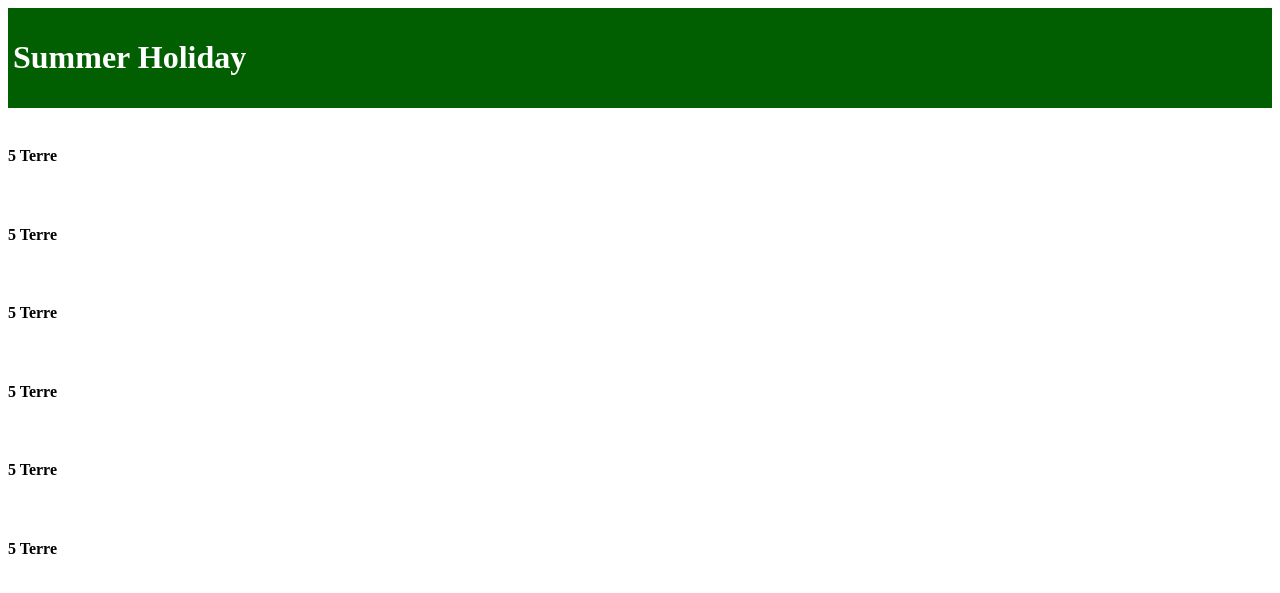
Repository: Lehuyhuynh/BT1-CSS
Page: index.html
These files come from the project's save history. The page is drawn as it stood at one moment and after a run of saves; the edit follows.
The browser window is 1280 px wide. The pictures show the whole page.

Above is the page before, as saved 2023-08-16 14:31:40.

After the next 10 saves:
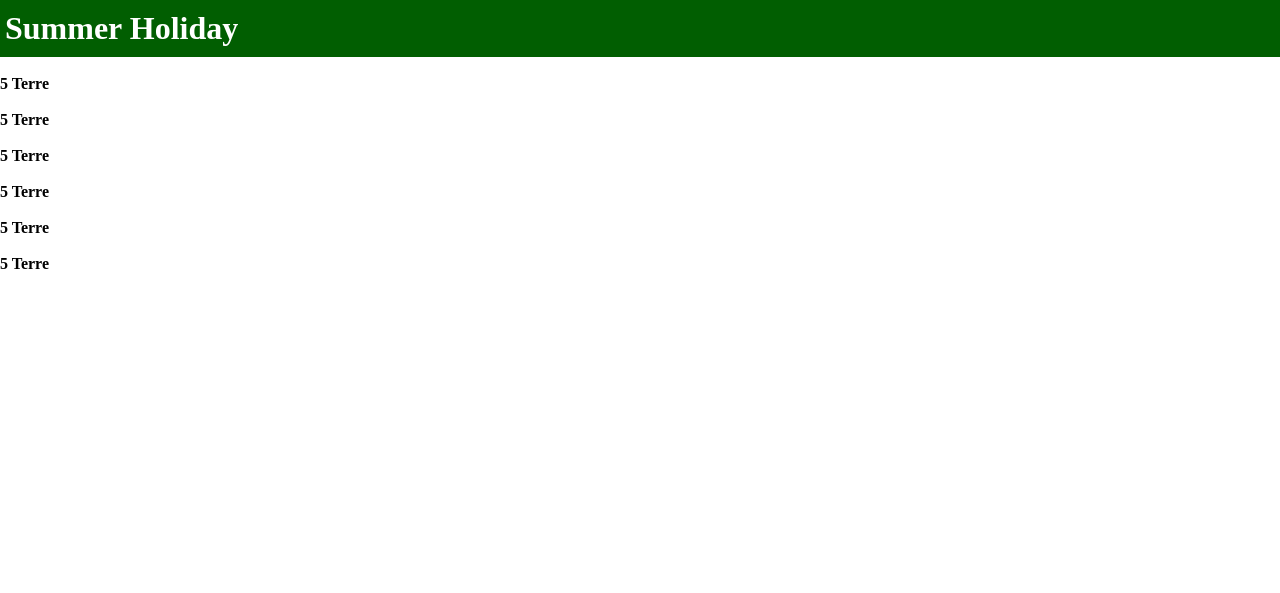
The 10 saves are shown as one change because they came seconds apart.
The last was saved 44 s later.
--- a/style.css
+++ b/style.css
@@ -1,4 +1,6 @@
 *{
+  width: 100%;
+  margin: 0; padding: 0;
   box-sizing: border-box;
 }
 .head
